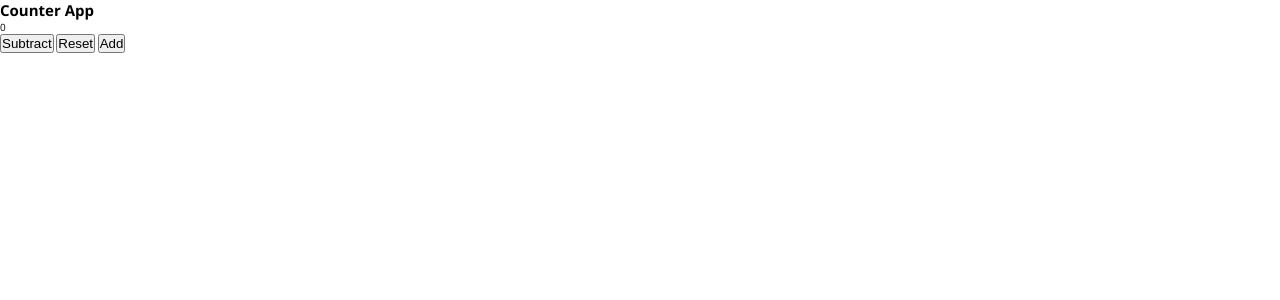
Repository: fakebrianho/100daysJS
Page: day001/index.html
The author's editor kept a copy of each file at every save. The page is drawn from the files as they stood at one save, then again after the next save.
The browser window is 1280 px wide. The pictures show the whole page.
Some web libraries are served in a nearby version.

Above is the page before, as saved 2023-03-21 14:53:56.

After the next save:
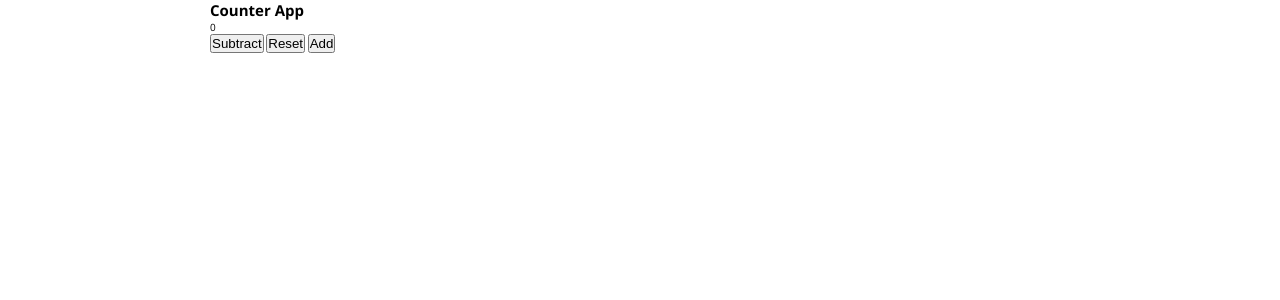
Saved 9 s later.
--- a/day001/index.html
+++ b/day001/index.html
@@ -11,7 +11,7 @@
 
 <body>
   <main>
-    <section>
+    <section class='container'>
       <h1 class='title'>Counter App</h1>
       <section class='counter'><span class='count'>0</span></section>
       <div class='divider'></div>
@@ -20,7 +20,6 @@
         <button class='reset'>Reset</button>
         <button class='add'>Add</button>
       </footer>
-
     </section>
   </main>
 

After the save that followed:
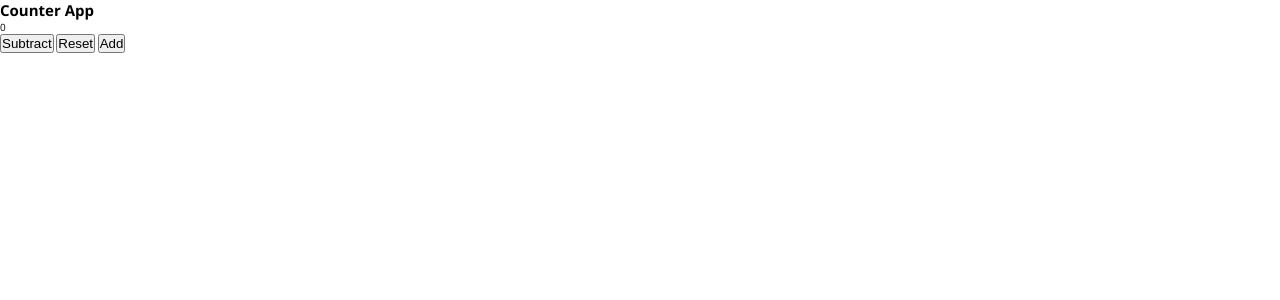
Saved 34 s later.
--- a/day001/styles.css
+++ b/day001/styles.css
@@ -1,41 +1,47 @@
-@import url("https://fonts.googleapis.com/css2?family=Open+Sans:wght@300;400;600;700&display=swap");
+@import url('https://fonts.googleapis.com/css2?family=Open+Sans:wght@300;400;600;700&display=swap');
 
 :root {
-  --white: #fff;
-  --black: #1c2b2d;
-  --blue: #31326f;
-  --light-blue: #005490;
-  --color-primary: #9d0191;
-  --color-sec: #db6400;
-  --grey: #eee;
-  --dark-grey: #222831;
+	--white: #fff;
+	--black: #1c2b2d;
+	--blue: #31326f;
+	--light-blue: #005490;
+	--color-primary: #9d0191;
+	--color-sec: #db6400;
+	--grey: #eee;
+	--dark-grey: #222831;
 }
 
 * {
-  margin: 0;
-  padding: 0;
-  box-sizing: border-box;
+	margin: 0;
+	padding: 0;
+	box-sizing: border-box;
+}
+
+main {
+	width: 100%;
+	height: 100%;
+	display: flex;
 }
 
 html {
-  font-size: 10px;
+	font-size: 10px;
 }
 
 body {
-  font-family: "Open Sans", sans-serif;
+	font-family: 'Open Sans', sans-serif;
 }
 
 p {
-  font-size: 1.6rem;
-  line-height: 1.5;
+	font-size: 1.6rem;
+	line-height: 1.5;
 }
 
 img {
-  width: 100%;
+	width: 100%;
 }
 
 .container {
-  max-width: 900px;
+	/* max-width: 900px;
   margin: 0 auto;
-  padding: 0 20px;
+  padding: 0 20px; */
 }
